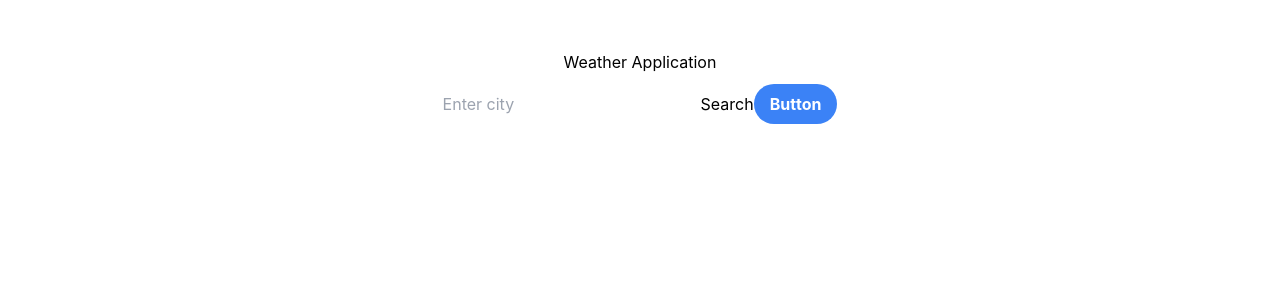
Repository: rajratangm/xweather
Page: /
An editor plug-in stored every save of this project. The page is shown before and after the next save, followed by the edit.
The browser window is 1280 px wide. The pictures show the whole page.
The project was rebuilt for these pictures with package versions that can differ from the ones it lists, and the page was loaded fresh each time.

Above is the page before, as saved 2024-06-06 09:15:16.

### src/App.js
import React, { useState, useEffect } from "react";
import "./App.css";

const WeatherApp = () => {
  const [city, setCity] = useState("");
  const [weatherData, setWeatherData] = useState([]);
  const [loading, setLoading] = useState(false);
  const API_KEY = "1fa9ff4126d95b8db54f3897a208e91c";

  const fetchWeatherData = async () => {
    setLoading(true);
    try {
      const response = await fetch(
        `https://api.openweathermap.org/data/2.5/weather?q=${city}&appid=1fa9ff4126d95b8db54f3897a208e91c&units=metric`
      );
      if (!response.ok) {
        throw new Error("Failed to fetch weather data");
      }
      const data = await response.json();
      setWeatherData(data.weather);
      setLoading(false);
    } catch (error) {
      setLoading(false);
      alert("Failed to fetch weather data");
    }
  };

  const handleSubmit = (e) => {
    e.preventDefault();
    fetchWeatherData();
  };

  return (
    <div className="weather-app">
      <h1>Weather Application</h1>
      <form onSubmit={handleSubmit}>
        <input
          type="text"
          placeholder="Enter city"
          value={city}
          onChange={(e) => setCity(e.target.value)}
        />
        <button type="submit">Search</button>
        <button type="submit" class="bg-blue-500 hover:bg-blue-700 text-white font-bold py-2 px-4 rounded-full">
  Button
</button>
      </form>
      {loading && <p>Loading data...</p>}
      {weatherData.length > 0 && (
        <div className="weather-cards">
          {weatherData.map((weather, index) => (
            <div className="weather-card" key={index}>
              <h2>{weather.main}</h2>
              <p>{weather.description}</p>
            </div>
          ))}
        </div>
      )}
    </div>
  );
};

export default WeatherApp;

### src/App.css
.weather-app {
  text-align: center;
  margin-top: 50px;
}

input[type="text"] {
  margin-right: 10px;
}

button {
  margin-top: 10px;
}

.weather-cards {
  display: flex;
  justify-content: center;
  margin-top: 20px;
}

.weather-card {
  padding: 10px;
  margin: 0 10px;
  border: 1px solid #ccc;
}

Loaded but not shown: public/index.html (common file); src/index.js (common file); src/index.css (common file); src/reportWebVitals.js (common file); tailwind.config.js (common file)

After the next save:
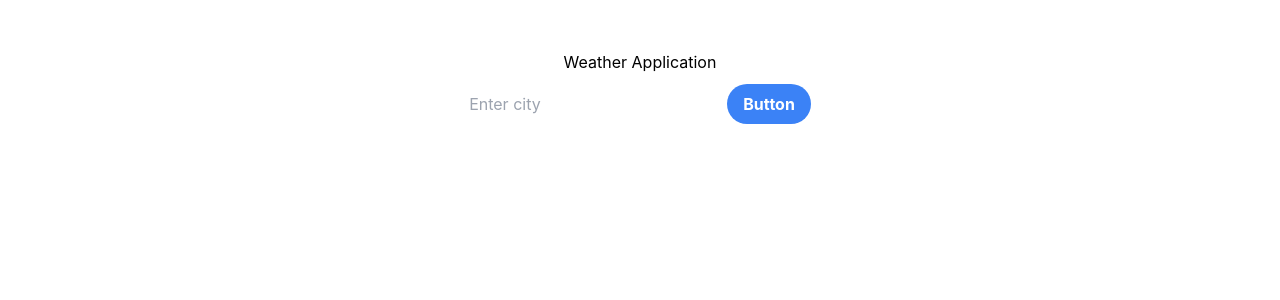
Saved 36 s later.
--- a/src/App.js
+++ b/src/App.js
@@ -40,7 +40,7 @@ const WeatherApp = () => {
           value={city}
           onChange={(e) => setCity(e.target.value)}
         />
-        <button type="submit">Search</button>
+        {/* <button type="submit">Search</button> */}
         <button type="submit" class="bg-blue-500 hover:bg-blue-700 text-white font-bold py-2 px-4 rounded-full">
   Button
 </button>
